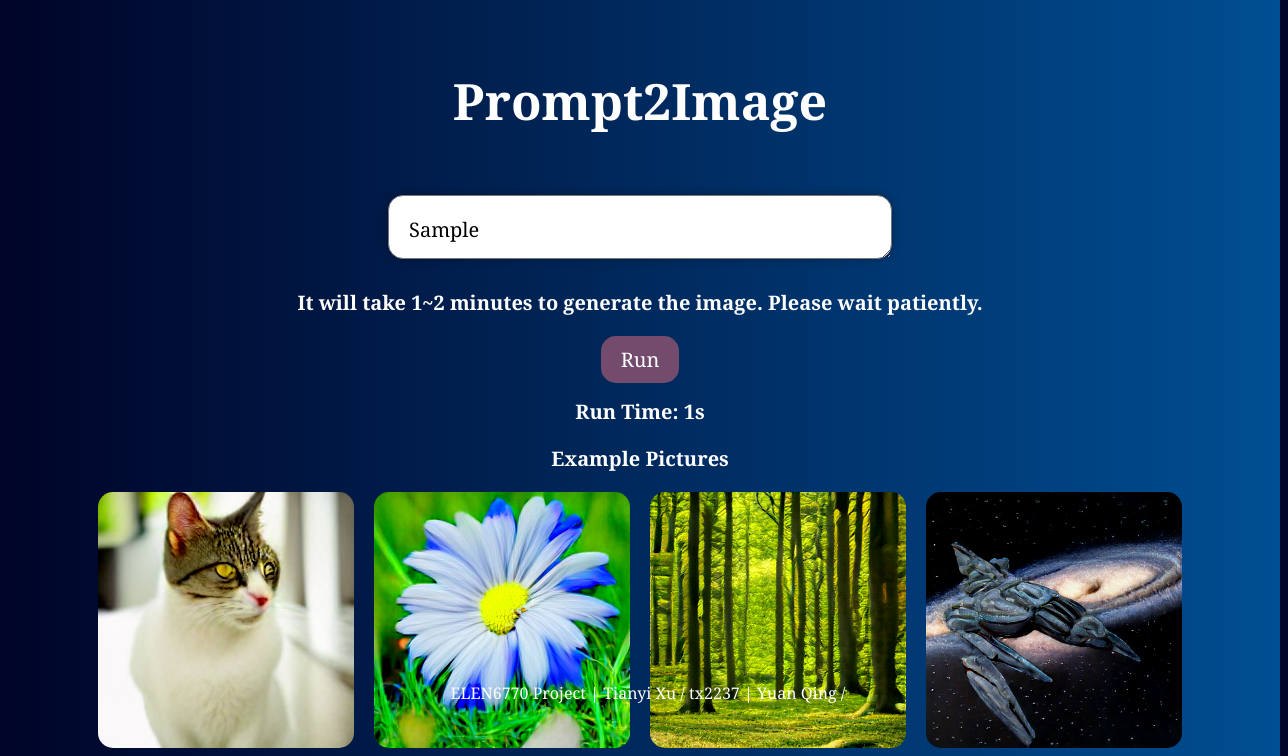
Repository: XTTTZ/Prompt2Image
Page: main4.html
These files come from the project's save history. The page is drawn as it stood at one moment and after the next save; the edit follows.
The browser window is 1280 px wide. The page is 1288 px wide, so the pictures cover 1288 px, including what lies to the right of the window. The pictures show the whole page.
Empty fields were first filled with sample values (such as "Sample", 5 or name@example.com).
After loading, the first visible `button` was clicked once.
The page's requests for data from a server got no answer.

Above is the page before, as saved 2023-12-01 00:34:37.

After the next save:
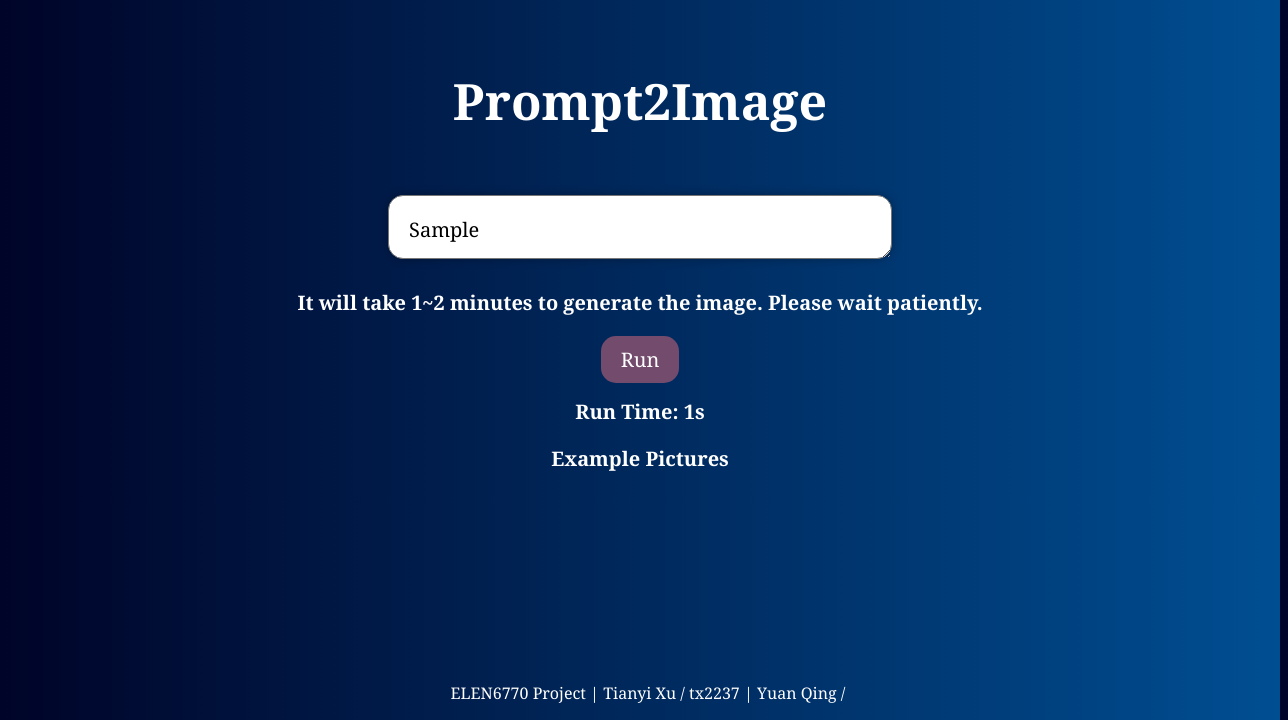
Saved 89 min 49 s later.
--- a/main4.html
+++ b/main4.html
@@ -175,6 +175,8 @@
                 document.getElementById('timeValue').innerText = 'Please type your prompt!';
             }
             else {
+
+                document.getElementById('exampleForm').style.display = 'none';
                 document.getElementById('generatedImages').style.display = 'none';
                 document.getElementById('downloadButton').style.display = 'none';
                 fetch('http://' + server_addr + ':5000/search', {
